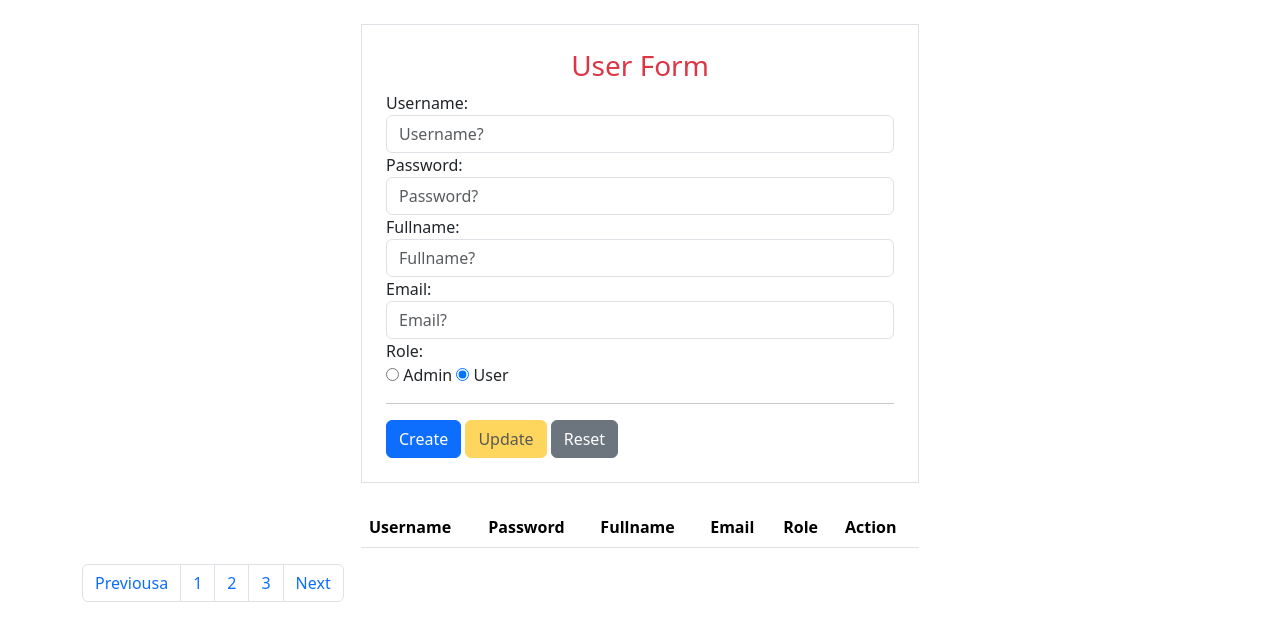
Repository: DanielNine9/java_servlet
Page: http://localhost/lab5/
The author's editor kept a copy of each file at every save. The page is drawn from the files as they stood at one save, then again after the next save.
The browser window is 1280 px wide. The pictures show the whole page.
The page is served by Tomcat 9. The template is opened directly, without the code that normally fills it, so the values that code supplies are empty.

Above is the page before, as saved 2024-07-22 09:33:50.

After the next save:
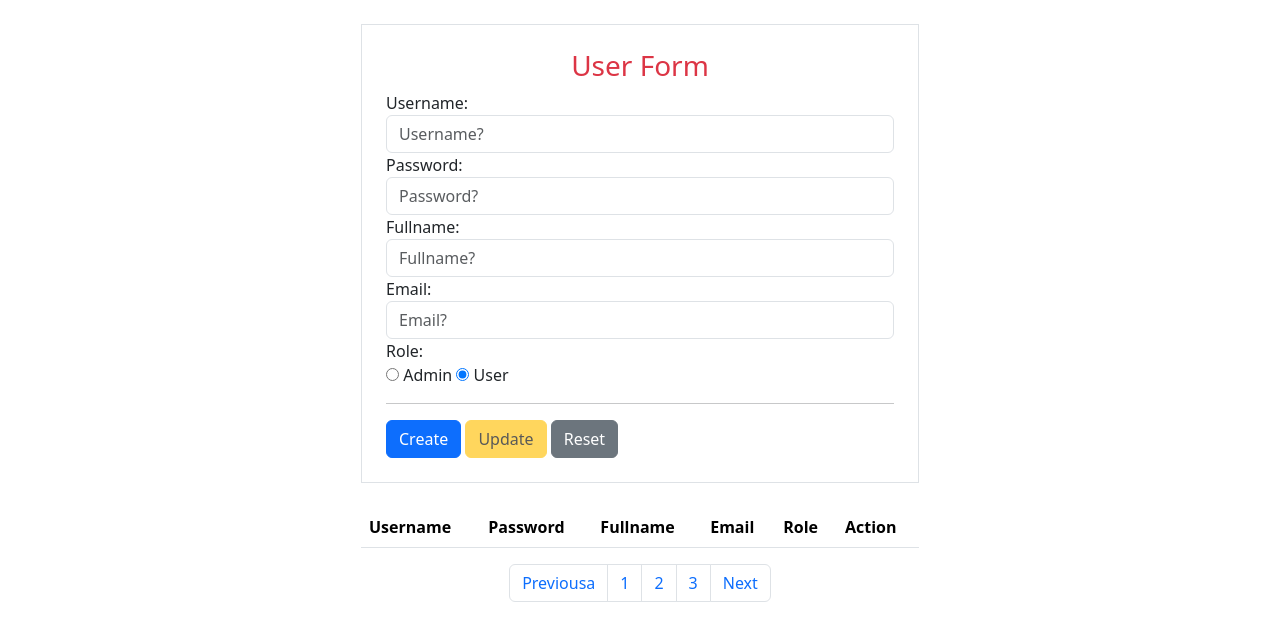
Saved 17 s later.
--- a/lab5/src/main/webapp/index.jsp
+++ b/lab5/src/main/webapp/index.jsp
@@ -109,7 +109,7 @@
 			</tbody>
 		</table>
 
-		<nav aria-label="Page navigation example d-flex  justify-content-center" style="justify-content: center !important;">
+		<nav aria-label="Page navigation example d-flex  justify-content-center" style="display:flex !important; justify-content: center !important;">
 			<ul class="pagination">
 				<li class="page-item"><a class="page-link" href="#">Previousa</a></li>
 				<li class="page-item"><a class="page-link" href="#">1</a></li>
